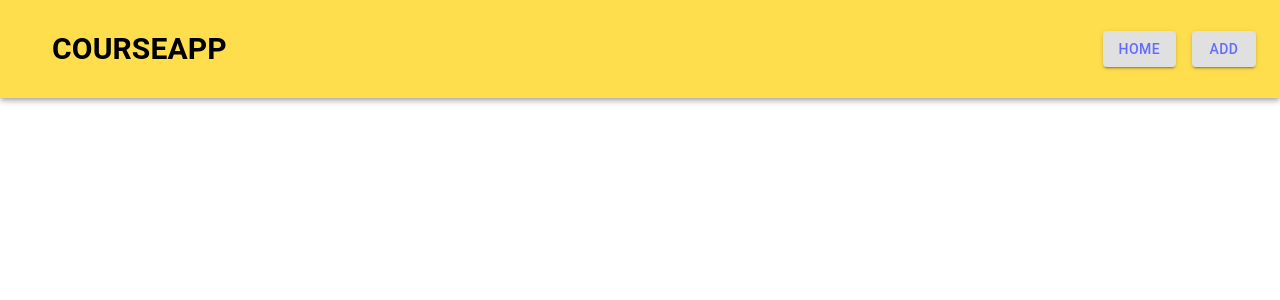
Repository: sarathraj2002/courseapp
Page: / (app in Frontend/)
These files come from the project's save history. The page is drawn as it stood at one moment and after the next save; the edit follows.
The browser window is 1280 px wide. The pictures show the whole page.
The page's requests for data from a server got no answer. The project was rebuilt for these pictures with package versions that can differ from the ones it lists, and the page was loaded fresh each time. No one was signed in, and anything a server would have sent is missing. Also part of the build but not shown: Frontend/vite.config.js, Frontend/src/components/Add.jsx.

Above is the page before, as saved 2024-10-14 00:13:39.

After the next save:
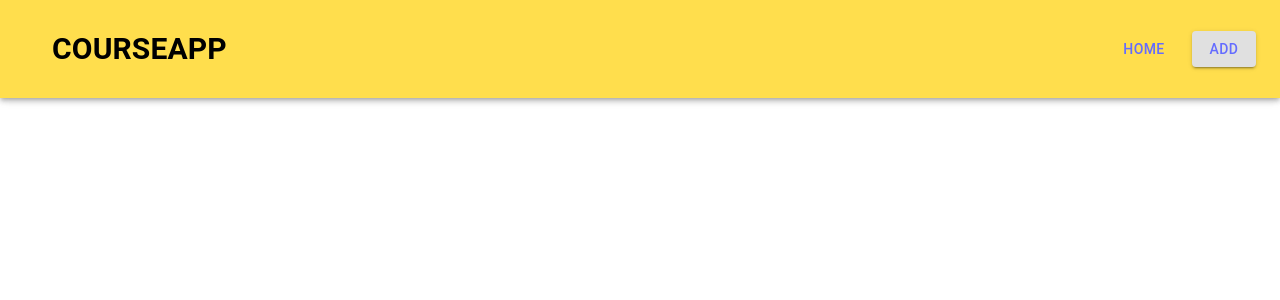
Saved 54 s later.
--- a/Frontend/src/components/Navbar.jsx
+++ b/Frontend/src/components/Navbar.jsx
@@ -20,7 +20,7 @@
           <Typography variant="h6" component="div" sx={{ flexGrow: 1,color:'black',textAlign:'left' }}>
               <h2> COURSEAPP</h2>
           </Typography>
-       <Link to={'/'}><Button variant='contained' sx={{margin:2}} color="inherit">Home</Button></Link>
+       <Link to={'/'}><Button  sx={{margin:2}} color="inherit">Home</Button></Link>
        <Link to={'/add'}><Button variant='contained'  color="inherit">ADD</Button></Link>
 
         </Toolbar>

After the 5 saves that followed:
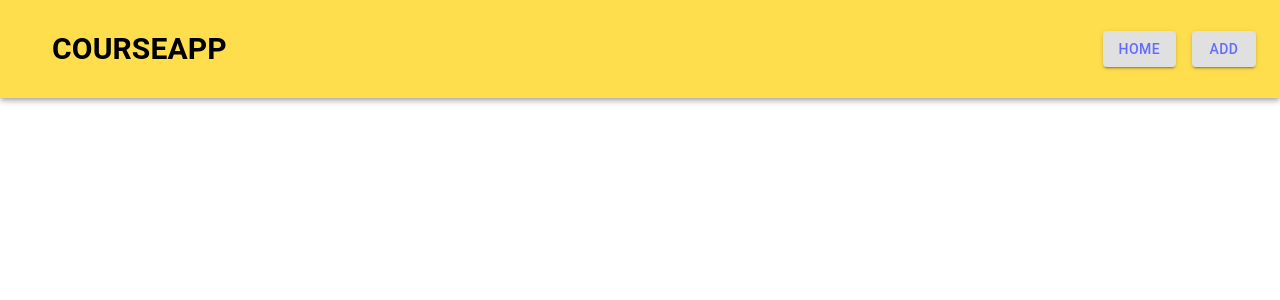
The 5 saves are shown as one change because 2 left the picture as it was and some came seconds apart.
The last was saved 34 s later.
--- a/Frontend/src/components/Navbar.jsx
+++ b/Frontend/src/components/Navbar.jsx
@@ -20,7 +20,7 @@
           <Typography variant="h6" component="div" sx={{ flexGrow: 1,color:'black',textAlign:'left' }}>
               <h2> COURSEAPP</h2>
           </Typography>
-       <Link to={'/'}><Button  sx={{margin:2}} color="inherit">Home</Button></Link>
+       <Link to={'/'}><Button variant='contained' sx={{margin:2}} color="inherit">Home</Button></Link>
        <Link to={'/add'}><Button variant='contained'  color="inherit">ADD</Button></Link>
 
         </Toolbar>
